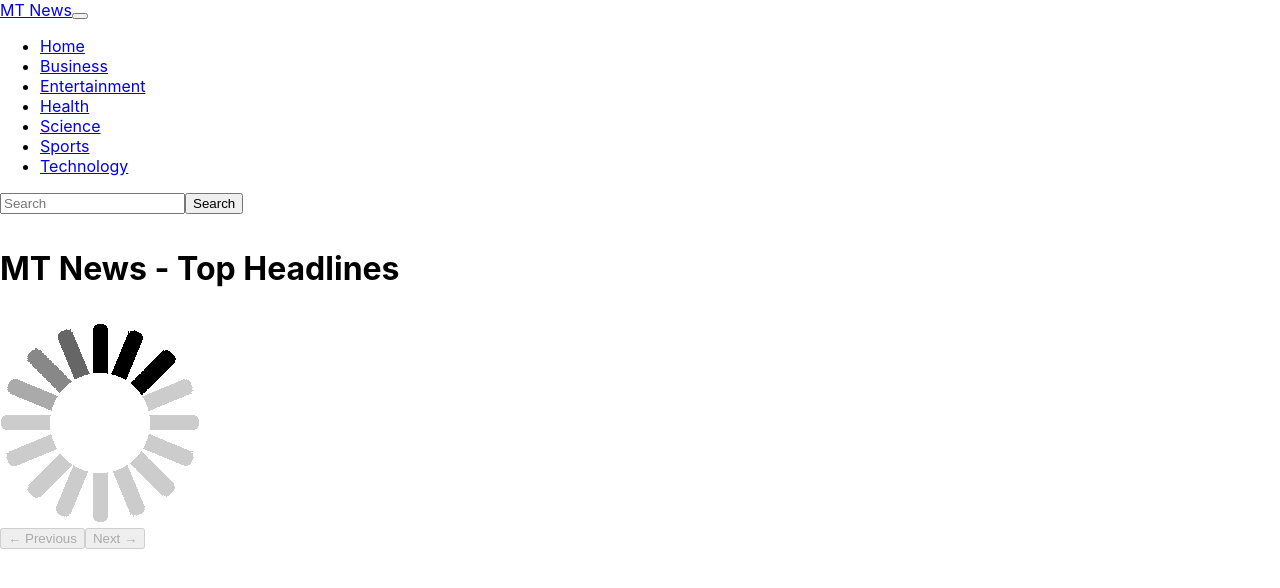
Repository: professorsourabh/news_website_using-ReactJS
Page: /
An editor plug-in stored every save of this project. The page is shown before and after the next save, followed by the edit.
The browser window is 1280 px wide. The pictures show the whole page.
The page's requests for data from a server got no answer. The project was rebuilt for these pictures with package versions that can differ from the ones it lists, and the page was loaded fresh each time. No one was signed in, and anything a server would have sent is missing. Also part of the build but not shown: src/Components/NewsaItem.js. Imported but missing from the stored project, and not drawn on this page: src/Components/NewsItem.

Above is the page before, as saved 2023-05-19 15:26:46.

After the next save:
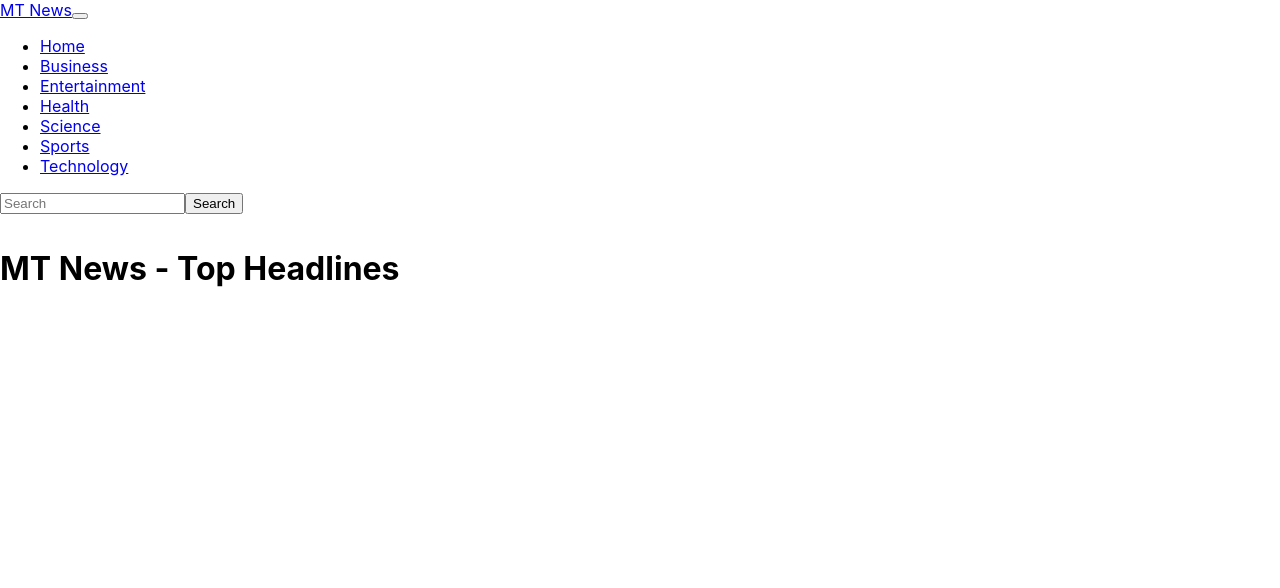
Saved 2 min 8 s later.
--- a/src/Components/News.js
+++ b/src/Components/News.js
@@ -1,126 +1,82 @@
+// News.js
 import React, { Component } from 'react';
-import NewsaItem from './NewsaItem';
+import NewsItem from './NewsItem';
 import Spinner from './Spinner';
 import PropTypes from 'prop-types';
 
 export class News extends Component {
   static defaultProps = {
     country: 'in',
-    category: 'sports'
+    category: 'general',
   };
 
   static propTypes = {
     country: PropTypes.string,
-    category: PropTypes.string
+    category: PropTypes.string,
   };
 
-  constructor() {
-    super();
+  constructor(props) {
+    super(props);
     this.state = {
       articles: [],
       loading: false,
-      page: 1,
-      totalResults: 0 // Add this line to initialize the totalResults property
     };
   }
 
   async componentDidMount() {
-    let url = `https://newsapi.org/v2/top-headlines?country=${this.props.country}&category=${this.props.category}&apiKey=6de024851937497c9017d3f0f0e104a4&page=1&pagesize=18`;
-
-    this.setState({ loading: true });
-    let data = await fetch(url);
-    let parsedData = await data.json();
-    console.log(parsedData);
-    this.setState({
-      articles: parsedData.articles,
-      totalResults: parsedData.totalResults,
-      loading: false
-    });
+    await this.fetchArticles();
   }
 
-  handlePreviousClick = async () => {
-    let url = `https://newsapi.org/v2/top-headlines?country=${this.props.country}&category=${this.props.category}&apiKey=6de024851937497c9017d3f0f0e104a4&page=${
-      this.state.page - 1
-    }&pagesize=18`;
+  async componentDidUpdate(prevProps) {
+    if (prevProps.category !== this.props.category) {
+      await this.fetchArticles();
+    }
+  }
 
-    this.setState({ loading: true });
-    let data = await fetch(url);
-    let parsedData = await data.json();
-    console.log(parsedData);
-    this.setState({
-      page: this.state.page - 1,
-      articles: parsedData.articles,
-      loading: false
-    });
-  };
+  fetchArticles = async () => {
+    const { country, category } = this.props;
+    const apiKey = 'YOUR_NEWSAPI_API_KEY'; // Replace with your NewsAPI API key
 
-  handleNextClick = async () => {
-    if (!(this.state.page + 1 > Math.ceil(this.state.totalResults / 18))) {
-      let url = `https://newsapi.org/v2/top-headlines?country=${this.props.country}&category=${this.props.category}&apiKey=6de024851937497c9017d3f0f0e104a4&page=${
-        this.state.page + 1
-      }&pagesize=18`;
-
+    try {
       this.setState({ loading: true });
-      let data = await fetch(url);
-      let parsedData = await data.json();
-      console.log(parsedData);
-
-      this.setState({
-        page: this.state.page + 1,
-        articles: parsedData.articles,
-        loading: false
-      });
+      const url = `https://newsapi.org/v2/top-headlines?country=${country}&category=${category}&apiKey=${apiKey}`;
+      const response = await fetch(url);
+      const data = await response.json();
+      this.setState({ articles: data.articles, loading: false });
+    } catch (error) {
+      console.error('Error fetching articles:', error);
+      this.setState({ loading: false });
     }
   };
 
   render() {
+    const { articles, loading } = this.state;
+
     return (
       <div className="container my-3">
         <h1 className="text-center" style={{ margin: '35px 0px' }}>
           MT News - Top Headlines
         </h1>
-        {this.state.loading && <Spinner />}
 
-        <div className="row">
-          {!this.state.loading &&
-            this.state.articles.map((element) => {
-              return (
-                <div className="col-md-4" key={element.url}>
-                  <NewsaItem
-                    title={element.title ? element.title : ''}
-                    discription={
-                      element.description ? element.description.slice(0, 88) : ''
-                    }
-                    imageUrl={
-                      element.urlToImage
-                        ? element.urlToImage
-                        : 'https://img.etimg.com/thumb/msid-100188906,width-1070,height-580,imgsize-113958,overlay-etmarkets/photo.jpg'
-                    }
-                    newsUrl={element.url}
-                  ></NewsaItem>
-                </div>
-              );
-            })}
-        </div>
-        <div className="container d-flex justify-content-between">
-          <button
-            disabled={this.state.page <= 1}
-            type="button"
-            className="btn btn-primary my-2 mx-2"
-            onClick={this.handlePreviousClick}
-          >
-            &#8592; Previous
-          </button>
-
-          <button
-            disabled={this.state.page + 1 > Math.ceil(this.state.totalResults / 18)}
-            type="button"
-            className="btn btn-primary my-2 mx-2"
-            onClick={this.handleNextClick}
-          >
-            Next &#8594;
-          </button>
-        </div>
+        {loading ? (
+          <Spinner />
+        ) : (
+          <div className="row">
+            {articles.map((article) => (
+              <div className="col-md-4" key={article.url}>
+                <NewsItem
+                  title={article.title ? article.title : ''}
+                  description={article.description ? article.description.slice(0, 88) : ''}
+                  imageUrl={
+                    article.urlToImage ||
+                    'https://img.etimg.com/thumb/msid-100188906,width-1070,height-580,imgsize-113958,overlay-etmarkets/photo.jpg'
+                  }
+                  newsUrl={article.url}
+                />
+              </div>
+            ))}
+          </div>
+        )}
       </div>
     );
   }
